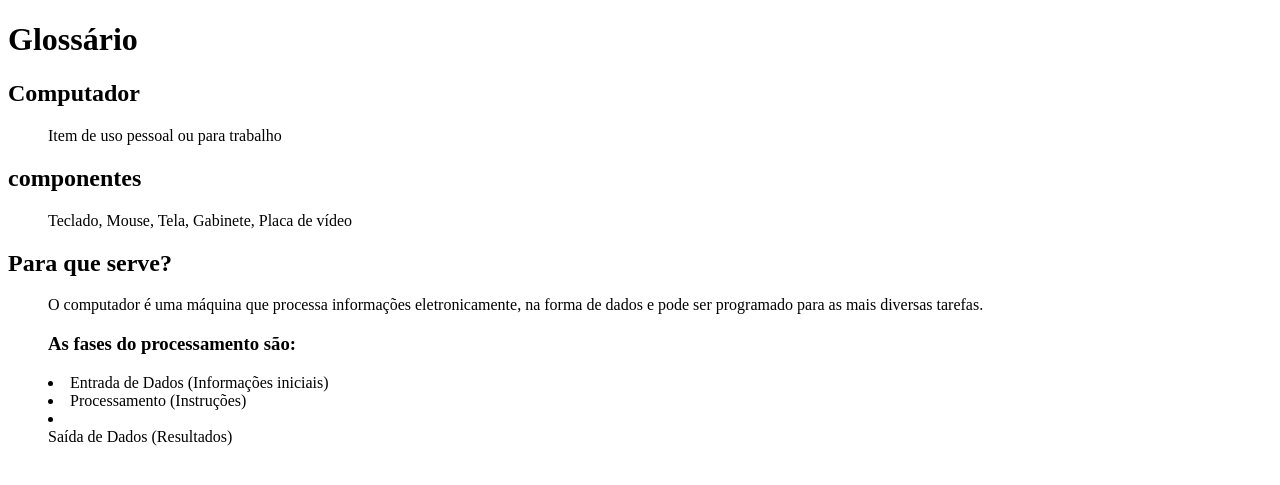
Repository: RenatoCCS/Mais1Code
Page: Rocketseat/Fundamentar/01 - O guia estelar de HTML/Desafios/1_Glossario/glossary.html
The author's editor kept a copy of each file at every save. The page is drawn from the files as they stood at one save, then again after a run of saves.
The browser window is 1280 px wide. The pictures show the whole page.

Above is the page before, as saved 2022-04-18 20:50:13.

After the next 2 saves:
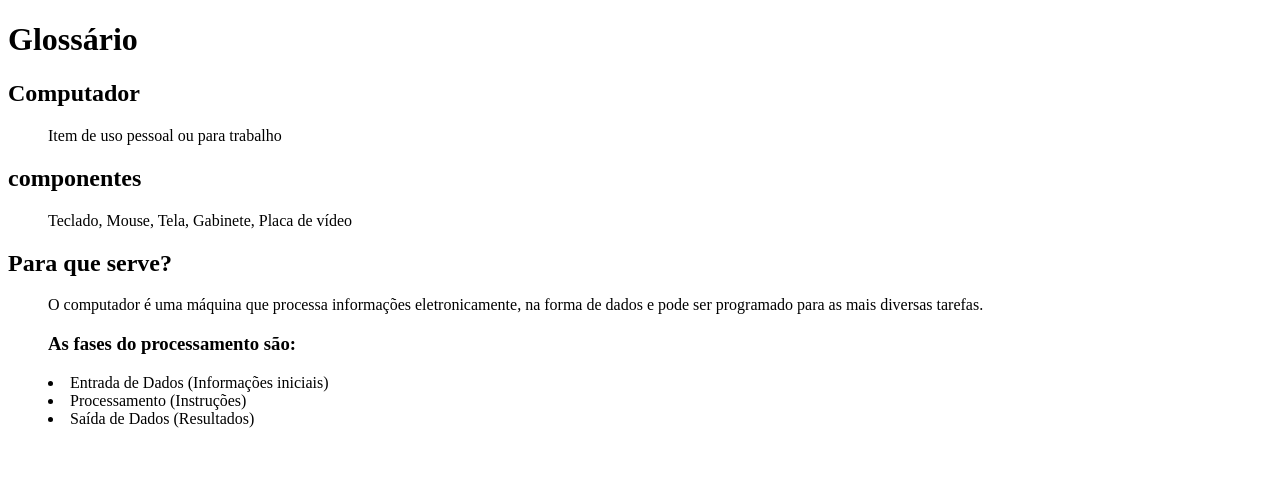
The 2 saves are shown as one change because they came seconds apart.
The last was saved 6 s later.
--- a/Rocketseat/Fundamentar/01 - O guia estelar de HTML/Desafios/1_Glossario/glossary.html
+++ b/Rocketseat/Fundamentar/01 - O guia estelar de HTML/Desafios/1_Glossario/glossary.html
@@ -23,11 +23,11 @@
 
     <li>Entrada de Dados (Informações iniciais)</li>
     <li> Processamento (Instruções)</li>
-    <li></li>
+    <li>Saída de Dados (Resultados)</li>
 
 
 
-    Saída de Dados (Resultados)</p></dd>
+    </p></dd>
 
 
 </dl>
